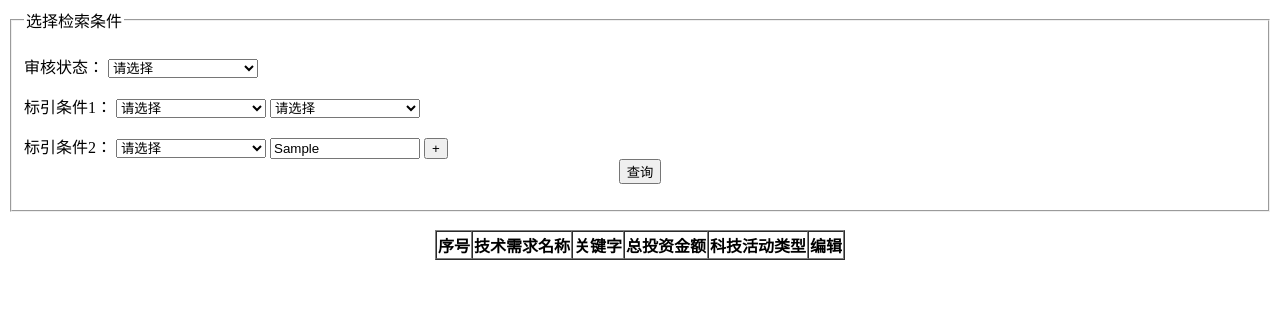
Repository: ZhangZuoxiu/homework
Page: http://localhost/HebeiZhongdaxuqiu/Need/NeedSearch.jsp
These files come from the project's save history. The page is drawn as it stood at one moment and after the next save; the edit follows.
The browser window is 1280 px wide. The pictures show the whole page.
Empty fields were first filled with sample values (such as "Sample", 5 or name@example.com).
After loading, the first visible `input[onclick="tiaojianAdd()"]` was clicked once.
The page is served by Tomcat 9. Nobody is signed in. The application's start-up code is not run. Other server files are loaded and not shown.

Above is the page before, as saved 2017-05-16 13:10:30.

### HebeiZhongdaxuqiu1/HebeiZhongdaxuqiu/WebRoot/Need/NeedSearch.jsp
<%@ page language="java" import="java.util.*" pageEncoding="UTF-8"%>
<%
String path = request.getContextPath();
String basePath = request.getScheme()+"://"+request.getServerName()+":"+request.getServerPort()+path+"/";
%>

<!DOCTYPE HTML PUBLIC "-//W3C//DTD HTML 4.01 Transitional//EN">
<html>
  <head>
    <base href="<%=basePath%>">

    <title>需求检索页面</title>

	<meta http-equiv="pragma" content="no-cache">
	<meta http-equiv="cache-control" content="no-cache">
	<meta http-equiv="expires" content="0">
	<meta http-equiv="keywords" content="keyword1,keyword2,keyword3">
	<meta http-equiv="description" content="This is my page">
	<!--
	<link rel="stylesheet" type="text/css" href="styles.css">
	-->

  </head>

  <body>
    <div>
<fieldset>
<legend>选择检索条件</legend>
  <p>	审核状态：
    <label for="ExmainState"></label>
    <select name="Zhuangtai" id="Zhuangtai" style="width:150px">
      <option value="">请选择</option>
      <option value="未审核">未审核</option>
      <option value="形式审核通过">形式审核通过</option>
      <option value="形式审核未通过">形式审核未通过</option>
      <option value="部门审核通过">部门审核通过</option>
      <option value="部门审核未通过">部门审核未通过</option>
    </select>
    </p>
  <p>标引条件1：
  <label for="Biaoyin1"></label>
    <select name="Biaoyin1" id="Biaoyin1" style="width:150px" onchange="change()">
      <option value="">请选择</option>
      <option value="I.GKGLBM">归口管理部门</option>
      <option value="I.SZDY">所在地域</option>
      <option value="I.JGSX">机构属性</option>
      <option value="n.JSXQJJFS">技术需求解决方式</option>
      <option value="n.KJHDLX">科技活动类型</option>
      <option value="n.GLCSBM">管理处室</option>
    </select>
    <select name="Tiaojian1" id="Tiaojian1" style="width:150px">
    <option value="">请选择<option>
  	</select>
  </p>
  <p>
  	<div id="t2">
  	标引条件2：
    <label for="Biaoyin2"></label>
    <select name="Biaoyin2" id="Biaoyin2" style="width:150px">
      <option value="">请选择</option>
      <option value="I.JGQC">机构全称</option>
      <option value="I.FRDB">法人代表</option>
      <option value="I.LXR">联系人</option>
      <option value="n.JSXQMC">技术需求名称</option>
      <option value="n.GJZ">关键字</option>
      <option value="n.JHZTZ">计划总投资</option>
      <option value="n.XKFL">学科分类</option>
      <option value="n.XQJSSSLY">需求技术所属领域</option>
      <option value="n.XQJSYYHY">需求技术应用行业</option>
    </select>
    <input type="text" name="Tiaojian2" id="Tiaojian2" style="width:150px"/>
    <input type="button" value="+" onclick="tiaojianAdd()"></br>
    </div>
    <div id="t3"></div>
    <center><input type="button" name="Chaxun" id="Chaxun" value="查询" onclick ="getNeedsbyTiaojian()" style="outline:none" /></center>
  </p>

  </fieldset>

<br>
</div>
<div>
	<table border="1" align="center" cellspacing="0" id="needTable">
	<thead>
	<tr>
		<th>序号</th>
		<th>技术需求名称</th>
		<th>关键字</th>
		<th>总投资金额</th>
		<th>科技活动类型</th>
		<th>编辑</th>
	</tr>
	</thead>
	<tbody></tbody>
	</table>
</div>

<script src="jquery/jquery2.0.0.min.js"></script>
<script type="text/javascript" charset="gbk" src="JS1/NeedSearch.js">
</script>

  </body>
</html>

### HebeiZhongdaxuqiu1/HebeiZhongdaxuqiu/WebRoot/JS1/NeedSearch.js
 function change(){
	  var pro = $("#Biaoyin1");
	  var provalue = pro.find("option:selected").text();
	  var tiaojian = $("#Tiaojian1");
	  tiaojian.empty();//清空城市下拉框
	  tiaojian.append($("<option>请选择</option>"));
	  switch(provalue){
	  case "机构属性":

		  tiaojian.append($("<option>企业</option>"));
		  tiaojian.append($("<option>高等院校</option>"));
		  tiaojian.append($("<option>研究机构</option>"));
		  tiaojian.append($("<option>其他</option>"));
		  break;
     	  case "所在地域":
     		 // tiaojian.append($("<option>请选择</option>"));
			  tiaojian.append($("<option>石家庄市</option>"));
			  tiaojian.append($("<option>唐山市</option>"));
			  tiaojian.append($("<option>秦皇岛市</option>"));
			  tiaojian.append($("<option>邯郸市</option>"));
			  tiaojian.append($("<option>邢台市</option>"));
			  tiaojian.append($("<option>保定市</option>"));
			  tiaojian.append($("<option>张家口市</option>"));
			  tiaojian.append($("<option>承德市</option>"));
			  tiaojian.append($("<option>沧州市</option>"));
			  tiaojian.append($("<option>廊坊市</option>"));
			  tiaojian.append($("<option>衡水市</option>"));
			  tiaojian.append($("<option>定州市</option>"));
			  tiaojian.append($("<option>辛集市</option>"));
			  tiaojian.append($("<option>其他</option>"));
			  break;
     case "归口管理部门":
    	 tiaojian.append($("<option>请选择</option>"));
    	 var dep;

    	 $.getJSON("loadGkglbms", function(data) {
    			$("#Tiaojian1").html("");//Tiaojian1
    			$("#Tiaojian1").append("<option value=''>请选择</option>");
    			$.each(data.gkglbms, function(i, item) {
    				$("#Tiaojian1").append(
    						"<option value='"+ item.department+"'>"+item.department+"</option>");
    			});
    		});

		  break;
     case "技术需求解决方式":
    	//  tiaojian.append($("<option>请选择</option>"));
		  tiaojian.append($("<option>独立研发</option>"));
		  tiaojian.append($("<option>委托研发</option>"));
		  tiaojian.append($("<option>合作研发</option>"));
		  tiaojian.append($("<option>其他</option>"));
		  break;
     case "科技活动类型":
    //	  tiaojian.append($("<option>请选择</option>"));
		  tiaojian.append($("<option>基础研究</option>"));
		  tiaojian.append($("<option>应用研究</option>"));
		  tiaojian.append($("<option>试验发展</option>"));
		  tiaojian.append($("<option>研究与试验发展成果应</option>"));
		  tiaojian.append($("<option>技术推广与科技服务</option>"));
		  tiaojian.append($("<option>生产性活动</option>"));
		  break;
     case "管理处室":
    	//  tiaojian.append($("<option>请选择</option>"));
		  tiaojian.append($("<option>办公室</option>"));
		  tiaojian.append($("<option>人事处</option>"));
		  tiaojian.append($("<option>机关党委</option>"));
		  tiaojian.append($("<option>政策法规处</option>"));
		  tiaojian.append($("<option>计划财务处</option>"));
		  tiaojian.append($("<option>平台与基础处</option>"));
		  tiaojian.append($("<option>国际合作处</option>"));
		  tiaojian.append($("<option>高新技术处</option>"));
		  tiaojian.append($("<option>农村科技处</option>"));
		  tiaojian.append($("<option>社会发展处</option>"));
		  tiaojian.append($("<option>成果与市场处</option>"));
		  tiaojian.append($("<option>监察室</option>"));
		  tiaojian.append($("<option>离退休干部处</option>"));
		  tiaojian.append($("<option>知识产权局</option>"));
		  tiaojian.append($("<option>半干旱中心</option>"));
		  tiaojian.append($("<option>山办</option>"));
		  tiaojian.append($("<option>机关服务中心</option>"));
		  tiaojian.append($("<option>科技研发中心</option>"));
		  tiaojian.append($("<option>科技情报研究院</option>"));
		  tiaojian.append($("<option>器材公司</option>"));
		  tiaojian.append($("<option>基金办</option>"));
		  tiaojian.append($("<option>档案馆</option>"));
		  tiaojian.append($("<option>科技管理信息中心</option>"));
		  tiaojian.append($("<option>科技投资中心</option>"));
		  tiaojian.append($("<option>成果转换中心</option>"));
		  tiaojian.append($("<option>中小企业创新资金管理中心</option>"));
		  tiaojian.append($("<option>对外交流中心</option>"));

		  break;
	  }
  }

 function tiaojianAdd(){
	 $("t3").append($("t2").clone());
 }



 function getNeedsbyTiaojian(){
	 var Zhuangtai = $("#Zhuangtai").val();
	 var ZhuangtaiTiaojian="";
	 var ZhuangtaiVal ="";
	 if(Zhuangtai=='未审核')
	 {
		 ZhuangtaiTiaojian = "XSSFSH";
		 ZhuangtaiVal = "0";
	 }
	 else if(Zhuangtai=='形式审核通过')
	 {
		 ZhuangtaiTiaojian = "XSSFSH";
		 ZhuangtaiVal = "1";
	 }
	 else if(Zhuangtai=='形式审核未通过')
	 {
		 ZhuangtaiTiaojian = "XSSFSH";
		 ZhuangtaiVal = "2";
	 }
	 else if(Zhuangtai=='部门审核通过')
	 {
		 ZhuangtaiTiaojian = "BMSFSH";
		 ZhuangtaiVal = "1";
	 }
	 else if(Zhuangtai=='部门审核未通过')
	 {
		 ZhuangtaiTiaojian = "BMSFSH";
		 ZhuangtaiVal = "2";
	 }else
	 {
		 ZhuangtaiTiaojian = "";
		 ZhuangtaiVal = "";
	 }

	 alert(ZhuangtaiTiaojian+":"+ZhuangtaiVal);
	 var Biaoyin1 = $("#Biaoyin1").val();
	 var Tiaojian1 = $("#Tiaojian1").val();
	 var Biaoyin2 = $("#Biaoyin2").val();
	 var Tiaojian2 = $("#Tiaojian2").val();
	 $.ajax({
		 type:"post",
		 dataType:"text",
		 url:"getNeedsbyTiaojian",
		 data:{
			 'ZhuangtaiTiaojian': ZhuangtaiTiaojian,
			 'ZhuangtaiVal' :ZhuangtaiVal,
			 'Biaoyin1' : Biaoyin1,
			 'Tiaojian1' : Tiaojian1,
			 'Biaoyin2' : Biaoyin2,
			 'Tiaojian2' : Tiaojian2
		 },
		 success:function(data)
		 {
			 var data1 = eval("("+data+")");
			 $("#needTable tbody").html("");
			 /*alert(data1.needs.);*/
			 $.each(data1.needVoIns, function(i, item) {
			 $("#needTable tbody").append('<tr><td>'+item.WJID+'</td>'
	    				 +'<td>'+item.JSXQMC+'</td>'
	    				 +'<td>'+item.GJZ+'</td>'
	    				 +'<td>'+item.JHZTZ+'</td>'
	    				 +'<td>'+item.KJHDLX+'</td>'
	    				 +'<td><a href="#">查看</a></td></tr>'
	    		 );
			 });
		 }
	 });
 }

Loaded but not shown: HebeiZhongdaxuqiu1/HebeiZhongdaxuqiu/WebRoot/jquery/jquery2.0.0.min.js (library)

After the next save:
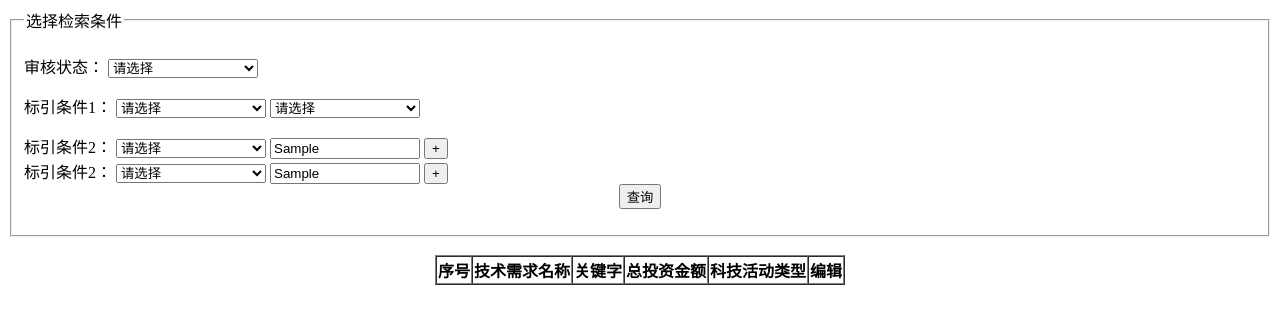
Saved 4 min 10 s later.
--- a/HebeiZhongdaxuqiu1/HebeiZhongdaxuqiu/WebRoot/JS1/NeedSearch.js
+++ b/HebeiZhongdaxuqiu1/HebeiZhongdaxuqiu/WebRoot/JS1/NeedSearch.js
@@ -94,7 +94,7 @@
   }
 
  function tiaojianAdd(){
-	 $("t3").append($("t2").clone());
+	 $("#t3").append($("#t2").clone());
  }
 
 
